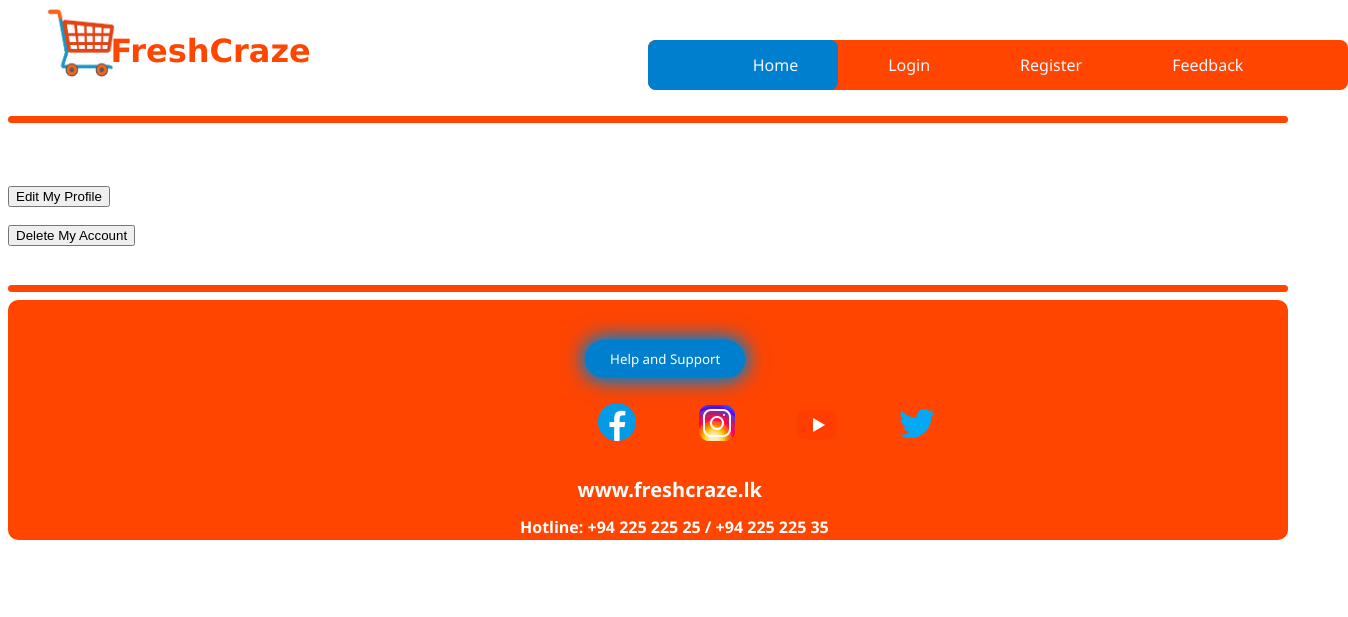
Repository: chamarac2002/FreshCraze
Page: http://localhost/CustomerDemo/useraccount.jsp
The author's editor kept a copy of each file at every save. The page is drawn from the files as they stood at one save, then again after the next save.
The browser window is 1280 px wide. The page is 1348 px wide, so the pictures cover 1348 px, including what lies to the right of the window. The pictures show the whole page.
The page is served by Tomcat 9. Nobody is signed in. The application's start-up code is not run. Other server files are loaded and not shown. The template is opened directly, without the code that normally fills it, so the values that code supplies are empty.

Above is the page before, as saved 2024-05-11 05:26:03.

### CustomerDemo/src/main/webapp/useraccount.jsp
<%@ page language="java" contentType="text/html; charset=ISO-8859-1"
    pageEncoding="ISO-8859-1"%>
    <%@taglib prefix="c" uri="http://java.sun.com/jsp/jstl/core"%>
<!DOCTYPE html>

<html lang="en">
<head>
    <meta charset="UTF-8">
    <meta name="viewport" content="width=device-width, initial-scale=1.0">
    <title>Home Page</title>

    <link rel="stylesheet" href="Styles/useraccountStyle.css">
</head>

<body>

<img src="images\logo.png" class="logo" >

    <h1 class="logo_topic">FreshCraze</h1>

    <nav class="navbar">
        <a href="home page.html">Home</a>
        <a href="Login page.html">Login</a>
        <a href="customer registration.html">Register</a>
        <a href="#">Feedback</a>
        <span></span>
    </nav>

<hr class="topic_line">

	<table class = "table">
		<c:forEach var="cus" items="${cusDetails}">

		<c:set var="id" value="${cus.id}"/>
		<c:set var="name" value="${cus.name}"/>
		<c:set var="address" value="${cus.address}"/>
		<c:set var="phone" value="${cus.phone}"/>
		<c:set var="nic" value="${cus.nic}"/>
		<c:set var="email" value="${cus.email}"/>
		<c:set var="gender" value="${cus.gender}"/>
		<c:set var="password" value="${cus.password}"/>


        <h1 class = "head">Customer Profile</h1>

   		<tbody>
        <tr>
			<td>Customer ID:</td>
			<td>${cus.id}</td>
		</tr>
		<tr class="active-row">
			<td>Name:</td>
			<td>${cus.name}</td>
		</tr>
		<tr>
			<td>Address:</td>
			<td>${cus.address}</td>
		</tr>
		<tr class="active-row">
			<td>Phone Number</td>
			<td>${cus.phone}</td>
		</tr>
		<tr>
			<td>NIC Number:</td>
			<td>${cus.nic}</td>
		</tr>
		<tr class="active-row">
			<td>Email:</td>
			<td>${cus.email}</td>
		</tr>
		<tr>
			<td>Gender:</td>
			<td>${cus.gender}</td>
		</tr>
		<tr class="active-row">
			<td>Password:</td>
			<td>${cus.password}</td>
		</tr>
    </tbody>
	</c:forEach>
	</table>

<table class="styled-table">

</table>

	<c:url value="updatecustomer.jsp" var="cusupdate">
		<c:param name="id" value="${id}"/>
		<c:param name="name" value="${name}"/>
		<c:param name="address" value="${address}"/>
		<c:param name="phone" value="${phone}"/>
		<c:param name="nic" value="${nic}"/>
		<c:param name="email" value="${email}"/>
		<c:param name="gender" value="${gender}"/>
		<c:param name="pass" value="${password}"/>
	</c:url>

	<a href="${cusupdate}">
	<input type="button" name="update" class="sub" value="Edit My Profile">
	</a>

	<br><br>
	<c:url value="deletecustomer.jsp" var="cusdelete">
		<c:param name="id" value="${id}"/>
		<c:param name="name" value="${name}"/>
		<c:param name="address" value="${address}"/>
		<c:param name="phone" value="${phone}"/>
		<c:param name="nic" value="${nic}"/>
		<c:param name="email" value="${email}"/>
		<c:param name="gender" value="${gender}"/>
		<c:param name="pass" value="${password}"/>
	</c:url>
	<a href="${cusdelete}">
	<input type="button" name="delete" class="sub" value="Delete My Account">
	</a>

<hr class="footer_line">

<div class="footer">
    <a href="link" target="_blank">
    <button type="button" class="help_button">Help and Support</button>
    </a>

    <div class="fb_icon">
        <a href="https://www.facebook.com/" target="_blank"><img src="images/facebook.png"></a>
    </div>

    <div class="insta_icon">
        <a href="https://www.instagram.com/" target="_blank"><img src="images/insta.png"></a>
    </div>

    <div class="twitt_icon">
        <a href="https://www.twitter.com/" target="_blank"><img src="images/Twitter.png"></a>
    </div>

    <div class="yt_icon">
        <a href="https://www.youtube.com/" target="_blank"><img src="images/yt.png"></a>
    </div>
</div>

<div class="contacts">
    <h1 class="link">www.freshcraze.lk</h1>
    <h1>Hotline: +94 225 225 25 / +94 225 225 35</h1>
</div>

</body>
</html>

### CustomerDemo/src/main/webapp/Styles/useraccountStyle.css
body{
    background-color: #ffffff;
    background-repeat: no-repeat;
    background-attachment: fixed;
    background-position: center;
    width: 100%;
}

.logo{
    width: 70px;
    height: 70px;
    margin-left: 3%;
}

.logo_topic{
    font-family: verdana;
    margin-left: 8%;
    margin-top: -3.9%;
    color: orangered;
}

.navbar{
    margin-left:50%;
    margin-top:-4%;
    padding: 0;
    box-sizing: border-box;
    font-family: 'Segoe UI';
    display: flex;
    justify-content:center;
    align-items: center;
    min-height: 5vh;

    position:relative;
    background-color: orangered;
    border-radius: 8px;
    width: 700px;
    height: 50px;
    display: flex;
}

nav a{
    position: relative;
    display: inline-block;
    font-size: 1em;
    font-weight: 500;
    color: aliceblue;
    text-decoration: none;
    padding: 45px;
    z-index: 1;
}

nav span{
    position: absolute;
    top: 0;
    left: 0;
    width: 190px;
    height: 100%;
    background-color:rgb(0, 127, 206);
    border-radius: 8px;
    transition: .3s;
}

nav a:nth-child(1):hover~span{
    left: 0;
    width: 190px;
}

nav a:nth-child(2):hover~span{
    left: 190px;
    width: 150px;
}

nav a:nth-child(3):hover~span{
    left:330px;
    width: 150px;
}

nav a:nth-child(4):hover~span{
    left: 470px;
    width: 230px;
}

.topic_line{
    border: none;
    margin-top: 2%;
    border-top: 7px solid orangered;
    border-radius: 10px;
}

.help_button{
    box-shadow:0 0 15px rgb(0, 127, 206),0 0 25px rgb(0, 127, 206);
    border: none;
    width: 160px;
    margin-left: 44%;
    font-family: 'Segoe UI';
    padding: 10px 12px;
    color: #ffffff;
    background-color:rgb(0, 127, 206);
    border-radius: 20px;
}

.help_button:hover{
    box-shadow: 0 0 25px rgb(0, 127, 206);
}

.fb_icon{
    margin-left: 560px;
    margin-top: 20px;
}

.insta_icon{
    margin-left: 660px;
    margin-top: -51px;
}

.yt_icon{
    margin-left: 760px;
    margin-top: -51px;
}

.twitt_icon{
    margin-left: 860px;
    margin-top: -51px;
}

.footer{
    height: 200px;
    background-color: orangered;
    padding-top: 40px;
    padding-left: 25px;
    border-radius: 10px;
}

.footer_line{
    border: none;
    margin-top: 3%;
    border-top: 7px solid orangered;
    border-radius: 10px;
}

.contacts{
    font-size: 8px;
    color:rgb(255, 255, 255);
    font-family: 'Segoe UI';
    margin-left: 40%;
    margin-top: -5%;
}

.link{
    font-size: 20px ;
    margin-top: -6%;
    margin-left: 7.5%;
}

.details{
    font-family: verdana;
    margin-left: 8%;
    margin-top: -3.9%;
    color: orangered;
}

.table {
    border-collapse: collapse;
    margin: 25px 0;
    font-size: 1.02em;
    font-family: 'Segoe UI';
    min-width: 400px;
    margin-left: 37%;
    margin-top: 3%;
}

.head {
	margin-top: 4%;
    text-align: center;
 	margin-bottom: 50px;
 	font-family: 'Segoe UI';
 	font-size: 1.8em;
}

.table th,
.table td {
    padding: 12px 15px;
}

.table tbody tr {
    border-bottom: 1px solid #dddddd;
}

.table tbody tr:nth-of-type(even) {
    background-color: #f3f3f3;
}

.table tbody tr:last-of-type {
    border-bottom: 2px solid orangered;
}

.table tbody tr:first-of-type {
    border-top: 2px solid orangered;
}

.table tbody tr.active-row {
    font-weight: bold;
    color: rgb(0, 127, 206);
}

.sub1 {
  	margin-left: 37%;
    margin-top: 3%;
}

.sub2 {
  	margin-left: 37%;
    margin-top: 3%;
}

After the next save:
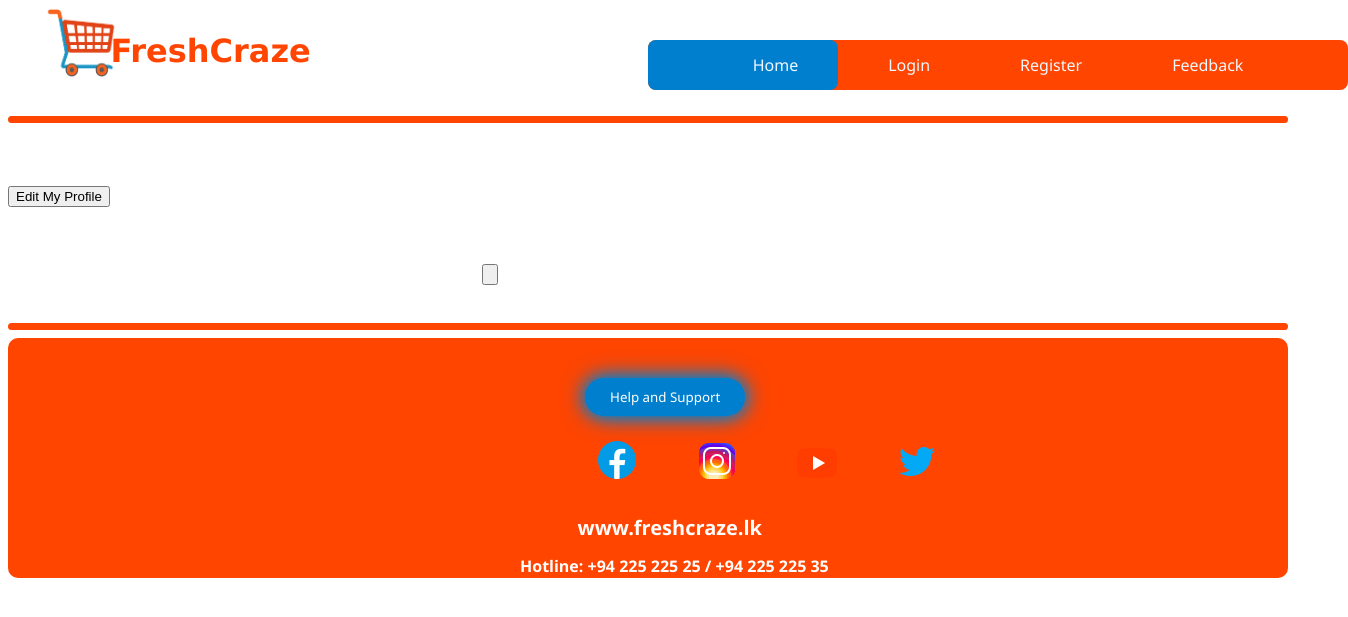
Saved 7 s later.
--- a/CustomerDemo/src/main/webapp/useraccount.jsp
+++ b/CustomerDemo/src/main/webapp/useraccount.jsp
@@ -111,7 +111,7 @@
 		<c:param name="pass" value="${password}"/>
 	</c:url>
 	<a href="${cusdelete}">
-	<input type="button" name="delete" class="sub" value="Delete My Account">
+	<input type="button" name="delete" class="sub2 value="Delete My Account">
 	</a>
 
 <hr class="footer_line">
